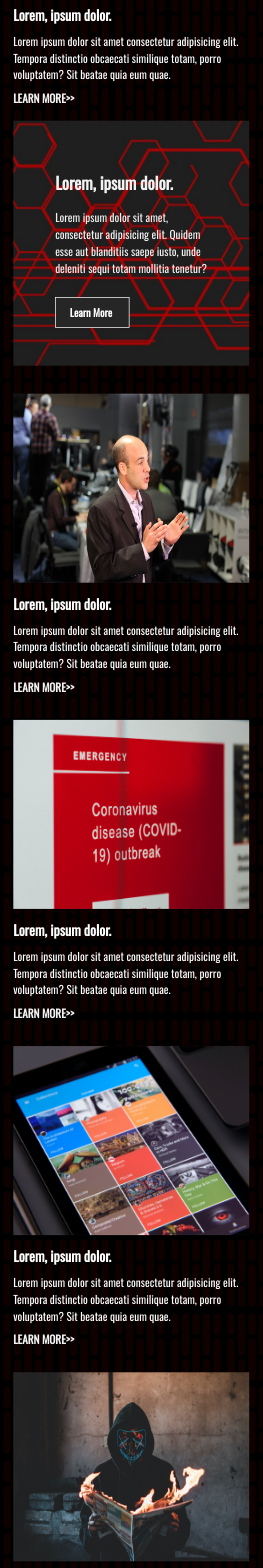
Repository: NickArregoces/News_Web
Page: index.html
These files come from the project's save history. The page is drawn as it stood at one moment and after the next save; the edit follows.
The browser window is 375 px wide. The pictures show the part of the page from y = 2329 to 4569 px (the page is 6083 px tall), at 70% of full size.

Above is the page before, as saved 2021-12-24 21:13:54.

### index.html
<!DOCTYPE html>
<html lang="en">
<head>
    <meta charset="UTF-8">
    <meta http-equiv="X-UA-Compatible" content="IE=edge">
    <meta name="viewport" content="width=device-width, initial-scale=1.0">
    <title>TechNews</title>
    <!--FONT AWESOME-->
    <link rel="stylesheet" href="https://cdnjs.cloudflare.com/ajax/libs/font-awesome/6.0.0-beta3/css/all.min.css">

    <link rel="stylesheet" href="style.Css">
    <!--Oswald FONTS-->
    <link rel="preconnect" href="https://fonts.googleapis.com">
<link rel="preconnect" href="https://fonts.gstatic.com" crossorigin>
<link href="https://fonts.googleapis.com/css2?family=Oswald:wght@200;300;400&display=swap" rel="stylesheet">
</head>
<body>


    <div class="menu-btn">
        <i class="fas fa-bars fa-2x" ></i><!---fa-2x doble del tamañp-->

    </div>

    <div class="container">

        <nav class ="nav-main">
            <img src="img/brand.png" alt="" class="nav-brand">

            <ul class="nav-menu show">
                <li>
                    <a href="#">Web Development</a>
                </li>
                <li>
                    <a href="#">blochain</a>
                </li>
                <li>
                    <a href="#">Artificial Intelligence</a>
                </li>
                <li>
                    <a href="#">Machine Learning</a>
                </li>
                <li>
                    <a href="#">Quantum Computing</a>
                </li>
                <li>
                    <a href="#">Startup</a>
                </li>
                <li>
                    <a href="#">More</a>
                </li>
            </ul>
            <ul class="nav-menu-right">
                <li>
                    <a href="">
                        <i class="fas fa-search"></i>
                    </a>
                </li>
            </ul>
        </nav>
        <hr> <!--Crea una linea -->


        <!--Showcase=Imagen pricnipal-->
        <header class="showcase">
            <h2>Big News Today</h2>
            <p>Lorem ipsum dolor sit, amet consectetur adipisicing elit. A laboriosam eaque, praesentium suscipit velit harum cupiditate unde corrupti vitae, asperiores beatae quae. Minima veritatis quas blanditiis et assumenda aperiam voluptatum!</p>
        <!--lorem30 te crea 30 palabras-->
            <a class="btn" href="#">Read More>> <i class="fas fa-angles-double-right"></i></a>
        </header>

        <!--NEWS CARDS(COLUMNAS)-->
        <div class="news-cards">
            <div class="">
                <img src="img/news1.jpg" alt="News 1">
                <h3>Lorem, ipsum dolor.</h3>
                <p>Lorem ipsum dolor sit amet consectetur adipisicing elit. Tempora distinctio obcaecati similique totam, porro voluptatem? Sit beatae quia eum quae.</p>
                <a href="">Learn More>><i class="fas fa-amgle-dpuble-right"></i></a>
            </div>
            <div class="">
                <img src="img/news2.jpg" alt="News 2">
                <h3>Lorem, ipsum dolor.</h3>
                <p>Lorem ipsum dolor sit amet consectetur adipisicing elit. Tempora distinctio obcaecati similique totam, porro voluptatem? Sit beatae quia eum quae.</p>
                <a href="">Learn More>><i class fas fa-amgle-dpuble-right></i></a>
            </div>
            <div class="">
                <img src="img/news3.jpg" alt="News 3">
                <h3>Lorem, ipsum dolor.</h3>
                <p>Lorem ipsum dolor sit amet consectetur adipisicing elit. Tempora distinctio obcaecati similique totam, porro voluptatem? Sit beatae quia eum quae.</p>
                <a href="">Learn More>><i class="fas fa-amgle-dpuble-right" ></i></a>
            </div>
            <div class="">
                <img src="img/news4.jpg" alt="News 4">
                <h3>Lorem, ipsum dolor.</h3>
                <p>Lorem ipsum dolor sit amet consectetur adipisicing elit. Tempora distinctio obcaecati similique totam, porro voluptatem? Sit beatae quia eum quae.</p>
                <a href="">Learn More>><i class="fas fa-amgle-dpuble-right"></i></a>
            </div>
        </div>

        <div>

            <section class="cards-banner-one">
                <div class="content">
                    <h2>Lorem, ipsum dolor.</h2>
                    <p>Lorem ipsum dolor sit amet, consectetur adipisicing elit. Quidem esse aut blanditiis saepe iusto, unde deleniti sequi totam mollitia tenetur?</p>
                    <a href="#" class="btn">Learn More <i class="fas fa-amgle-dpuble-right"></i></a>
                </div>

            </section>

            <!--NEWS CARDS(COLUMNAS)-->
        <div class="news-cards">
            <div class="">
                <img src="img/news1.jpg" alt="News 1">
                <h3>Lorem, ipsum dolor.</h3>
                <p>Lorem ipsum dolor sit amet consectetur adipisicing elit. Tempora distinctio obcaecati similique totam, porro voluptatem? Sit beatae quia eum quae.</p>
                <a href="">Learn More>><i class="fas fa-amgle-dpuble-right"></i></a>
            </div>
            <div class="">
                <img src="img/news2.jpg" alt="News 2">
                <h3>Lorem, ipsum dolor.</h3>
                <p>Lorem ipsum dolor sit amet consectetur adipisicing elit. Tempora distinctio obcaecati similique totam, porro voluptatem? Sit beatae quia eum quae.</p>
                <a href="">Learn More>><i class fas fa-amgle-dpuble-right></i></a>
            </div>
            <div class="">
                <img src="img/news3.jpg" alt="News 3">
                <h3>Lorem, ipsum dolor.</h3>
                <p>Lorem ipsum dolor sit amet consectetur adipisicing elit. Tempora distinctio obcaecati similique totam, porro voluptatem? Sit beatae quia eum quae.</p>
                <a href="">Learn More>><i class="fas fa-amgle-dpuble-right" ></i></a>
            </div>
            <div class="">
                <img src="img/news4.jpg" alt="News 4">
                <h3>Lorem, ipsum dolor.</h3>
                <p>Lorem ipsum dolor sit amet consectetur adipisicing elit. Tempora distinctio obcaecati similique totam, porro voluptatem? Sit beatae quia eum quae.</p>
                <a href="">Learn More>><i class="fas fa-amgle-dpuble-right"></i></a>
            </div>
        </div>

        <section class="cards-banner-two">
            <div class="content">
                <h2>Lorem, ipsum dolor.</h2>
                <p>Lorem ipsum dolor sit amet consectetur adipisicing elit. Architecto ipsum consectetur minus esse nobis laudantium nam molestias repellendus obcaecati debitis soluta cumque voluptates, neque asperiores quibusdam consequatur, exercitationem recusandae ad.</p>
                <a href="#" class="btn">Learn More <i class="fas fa-angles-double-right"></i> </a>
            </div>
        </section>

        <section class="social">

                <p> Follow TechNews</p>
                <div class="links">
                    <a href="#"><!--Se crean lo iconos automaticamente-->
                        <i class="fab fa-facebook-f"></i>
                    </a>
                <a href="#">
                    <i class="fab fa-twitter"></i>
                </a>
                <a href="#">
                    <i class="fab fa-linkedin"></i>
                </a>

                </div>

        </section>

        </div>

    </div>

    <div class="footer-links">
        <div class="footer-container">
            <ul>
                <li>
                    <a href="#">
                        <h3>TITLE ONE</h3>
                    </a>
                </li>
                <li>
                    <a href="#">
                        <h3>Blokchain</h3>
                    </a>
                </li>
                <li>
                    <a href="#">
                        <h3>Blokchain</h3>
                    </a>
                </li>
                <li>
                    <a href="#">
                        <h3>Blokchain</h3>
                    </a>
                </li>
                <li>
                    <a href="#">
                        <h3>Blokchain</h3>
                    </a>
                </li>
                <li>
                    <a href="#">
                        <h3>Blokchain</h3>
                    </a>
                </li>
                <li>
                    <a href="#">
                        <h3>Blokchain</h3>
                    </a>
                </li>
                <li>
                    <a href="#">
                        <h3>Blokchain</h3>
                    </a>
                </li>
            </ul>

            <ul>
                <li>
                    <a href="#">
                        <h3>TITLE ONE</h3>
                    </a>
                </li>
                <li>
                    <a href="#">
                        <h3>Blokchain</h3>
                    </a>
                </li>
                <li>
                    <a href="#">
                        <h3>Blokchain</h3>
                    </a>
                </li>
                <li>
                    <a href="#">
                        <h3>Blokchain</h3>
                    </a>
                </li>
                <li>
                    <a href="#">
                        <h3>Blokchain</h3>
                    </a>
                </li>
                <li>
                    <a href="#">
                        <h3>Blokchain</h3>
                    </a>
                </li>
                <li>
                    <a href="#">
                        <h3>Blokchain</h3>
                    </a>
                </li>
                <li>
                    <a href="#">
                        <h3>Blokchain</h3>
                    </a>
                </li>
            </ul>

            <ul>
                <li>
                    <a href="#">
                        <h3>TITLE ONE</h3>
                    </a>
                </li>
                <li>
                    <a href="#">
                        <h3>Blokchain</h3>
                    </a>
                </li>
                <li>
                    <a href="#">
                        <h3>Blokchain</h3>
                    </a>
                </li>
                <li>
                    <a href="#">
                        <h3>Blokchain</h3>
                    </a>
                </li>
                <li>
                    <a href="#">
                        <h3>Blokchain</h3>
                    </a>
                </li>
                <li>
                    <a href="#">
                        <h3>Blokchain</h3>
                    </a>
                </li>
                <li>
                    <a href="#">
                        <h3>Blokchain</h3>
                    </a>
                </li>
                <li>
                    <a href="#">
                        <h3>Blokchain</h3>
                    </a>
                </li>
            </ul>

            <ul>
                <li>
                    <a href="#">
                        <h3>TITLE ONE</h3>
                    </a>
                </li>
                <li>
                    <a href="#">
                        <h3>Blokchain</h3>
                    </a>
                </li>
                <li>
                    <a href="#">
                        <h3>Blokchain</h3>
                    </a>
                </li>
                <li>
                    <a href="#">
                        <h3>Blokchain</h3>
                    </a>
                </li>
                <li>
                    <a href="#">
                        <h3>Blokchain</h3>
                    </a>
                </li>
                <li>
                    <a href="#">
                        <h3>Blokchain</h3>
                    </a>
                </li>
                <li>
                    <a href="#">
                        <h3>Blokchain</h3>
                    </a>
                </li>
                <li>
                    <a href="#">
                        <h3>Blokchain</h3>
                    </a>
                </li>
            </ul>
        </div>
    </div>

    <footer class="footer">
        <h3>Tech News Copyright</h3>
    </footer>

    <script src="./main.js" ></script>
</body>
</html>

### style.Css
*{
    box-sizing: border-box;
    margin: 0;
    padding: 0;
}

body{
    background:#000000;
    color:#ffff;
    background-color: #000000;
    background-image: url("data:[embedded picture, 663 characters]");
    font-size: 16px;
    font-family: 'Oswald', sans-serif;
}

a{
    color: #ffff;
    text-decoration: none;
}

ul{
    list-style: none;
}
.container{
    width: 90%;/*responsive*/
    margin: auto;
    color: #ffff;/*MIO*/
}
/*Navigation*/
.nav-main{
    font-size: 17px;
    display: flex;/*Elememnto al lado de otro*/
    justify-content: space-between;
    align-items: center;
    height: 60px;
    padding: 20px 0px;
}
.nav-brand{
    width: 50px;
}

/*Nav Left*/
.nav-main ul{
    display:flex;
}

.nav-main ul li{
    padding: 10px;
}

.nav-main ul li a{
    padding: 6px;
}

.nav-main ul li a:hover {
    border-bottom: 2px solid #ffffff;
}
.nav-main ul.nav-menu{
    flex:1;
    margin-left: 20px;
}

.menu-btn {
    position: absolute;
    cursor: pointer;
    top: 15px;
    right: 30px;
    z-index: 2;
}

/*Showcase*/
hr{
    margin:10px 0px;
}
.showcase{
    width: 100%;
    height: 550px;
    /*Arreglar img */
    background: url(/img/showcase2.jpg) no-repeat center center/cover;
    padding: 50px;
    margin-bottom: 20px;/*Margen interna*/
    display:flex;
    flex-direction: column;
    align-items: center;/*centrar P*/
    justify-content: flex-end; /*p al final*/
}

.btn{
    cursor: pointer;
    display: inline-block;
    border: 0;
    font-weight: bold;
    padding: 10px 20px;
    background: #262626;
    color:#ffffff;
    font-size: 15px;
    border: 1px solid #ffff;
    margin:10px 0px;
}

.btn:hover{
    opacity: 0.7;
}

.showcase h2,
.showcase p{
    margin-bottom: 10px;
}

/*News CARS*/
.news-cards{
    display: grid;
    grid-template-columns: 1fr 1fr 1fr 1fr;/*4 columnas*/
    gap: 25px;/*espaciado card*/
    margin: 10px 0;
}

.news-cards img{
    width:100%;
    height:  180px;
}

.news-cards h3{
    font-size: 20px;
    margin:  10px 0;

}

.news-cards a{
    padding: 10px 0;
    color: #f2f2f2;
    text-transform: uppercase;
    display: inline-block;
    font-weight: bold;
}

.news-cards a:hover{
    text-decoration: underline; /*Line debajo*/
}

/*Cards-banner-one*/

.cards-banner-one {
    width: 100%;
    height: 350px;
    background: url(./img/tech-red.jpg) no-repeat center/cover;;
    margin-bottom: 40px;
}
.cards-banner-one .content{
    width: 40%;
    padding: 90px 0 0 30px;
    color: #f2f2f2;
}

.cards-banner-one p,
.cards-banner-one h2{
    margin: 10px 0 20px 0;
}

/*CARDS BANNER TWO*/

.cards-banner-two{
    background: url(./img/image-five.jpg) no-repeat center/cover;
    width: 100%;
    height: 350px;
}

.cards-banner-two .content{
    width: 50%;
    padding: 100px 0 0 30px;
}

/*Social*/
.social{
    margin: 50px;
}

.social p{
    text-align: center;
    font-size: 30px;
    margin-bottom: 20px;
}

.links{
    display: flex;
    align-items: center;
    justify-content: center;
}

.links a{
    margin: 0 25px;
}
.links a i{
    font-size: 3rem;
}

/*Footer-Links*/

.footer-links{
    background: #2f3640;
    color: #616161;
    font-size: 12px;
    padding: 35px 0;
}

.footer-container {
    display: grid;/*activa grid*/
    grid-template-columns: repeat(4, 1fr);
    gap: 10px;
    align-items: flex-start;
    justify-content: center;
}

.footer-container ul{
    margin:0 auto; /*Automaticamente margen separadas*/
}
.footer-container ul li{
    line-height: 2.8;
}

.footer{
    background: #2f3640;
    color: #616161;
    font-size: 12px;
    padding:20px 0;
    text-align: center;
    padding-bottom: 30px;
}

/*!RESPONSIVE*/
@media (max-width: 700px) {

    .nav-main ul.nav-menu{
        display: block; /*Los elementos de bajan en linea*/
        position: absolute;
        top: 0;
        left: 0;/*Para que quede al borde*/
        background: #2f3640;
        height: 100%;
        padding: 30px;
        opacity: .9;
        transform: translateX(-400px);/*se muestre el boton*/
        transition: transform .5s ease-in-out ;
    }

    .nav-main ul.nav-menu.show{
        transform: translateX(-20px);
    }

    .nav-main ul.nav-menu li{
        padding: 20px;
        /*border-bottom: #ccc solid 1px  para borde abajo*/
        font-size: 14px;
    }

    .nav-main ul.nav-menu-right{
        margin-right: 40px;
    }
    .news-cards {
        grid-template-columns: repeat(2, 1fr);
    }

    .cards-banner-one .content,
    .cards-banner-two .content{
        width: 80%;
    }

    .footer-links .footer-container{
        grid-template-columns: repeat(2, 1fr);
    }
}

@media (max-width: 500px) {
    .news-cards {
        grid-template-columns: 1fr;/* 1 columna*/
    }

    .news-cards img{
        height:  270px;
    }

    .cards-banner-two .content,
    .cards-banner-one .content{
        width: 100%;
        padding: 60px ;
    }
}

### main.js
// boton
document.querySelector('.menu-btn').addEventListener('click', () => {// seleccionar un documento clase btn
    document.querySelector('.nav-menu').classList.toggle('show'); // claslist añadir o quitar la clase show
});

After the next save:
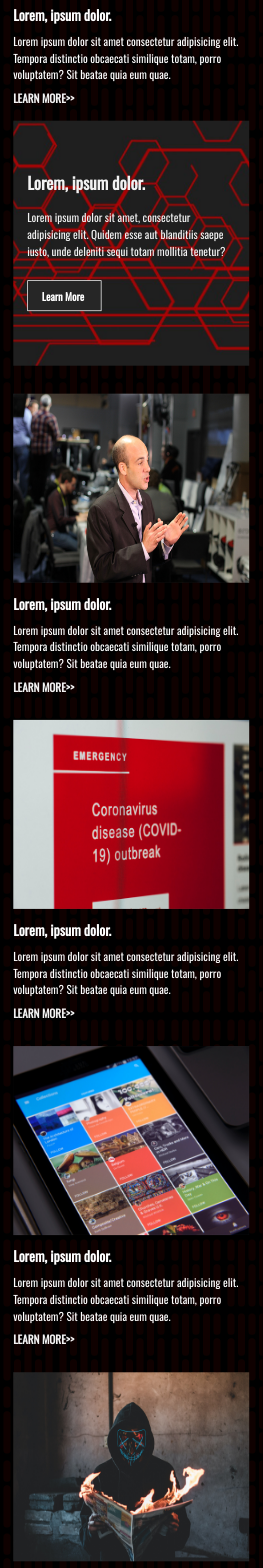
Saved 16 s later.
--- a/style.Css
+++ b/style.Css
@@ -282,6 +282,7 @@ hr{
     .cards-banner-two .content,
     .cards-banner-one .content{
         width: 100%;
-        padding: 60px ;
-    }
-}
+        padding: 60px 20px;
+
+    }
+}
